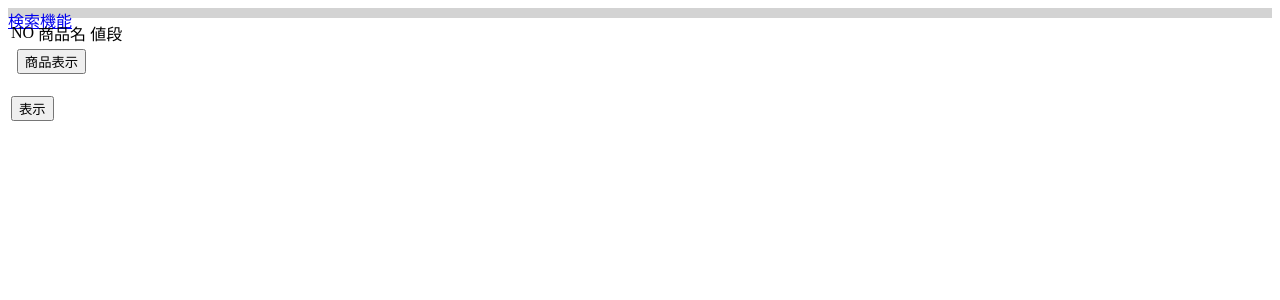
Repository: kousuke-2047/test
Page: http://localhost/Item/item.jsp
An editor plug-in stored every save of this project. The page is shown before and after the next save, followed by the edit.
The browser window is 1280 px wide. The pictures show the whole page.
The page is served by Tomcat 9. Other server files are loaded and not shown.

Above is the page before, as saved 2018-06-14 04:59:31.

### Item/WebContent/item.jsp
<%@ page language="java" contentType="text/html; charset=UTF-8"
    pageEncoding="UTF-8"%>
<%@ taglib prefix ="s" uri="/struts-tags" %>

<!DOCTYPE html PUBLIC>
<html>
<head>
	<meta http-equiv="Content-Type" content="text/html; charset=UTF-8">
	<meta http-equiv="Content-Style-Type" content="text/css"/>
	<meta http-equiv="Content-Script-Type" content= "text/javascript" />
	<meta http-equiv="imagetoolbar" content= "no" />
	<meta name = "description" content="" />
	<meta name="keywords" content="" />
<title>Item一覧画面</title>
<style type = "text/css">

header{
	background-color:lightgray;
	height:10px;
	width:100%;
	}


</style>
</head>
<body>

	<header>
		<a href ='<s:url action ="GosearchAction"/>'>検索機能</a>
	</header>

	<s:form action="ItemshowAction">
	<table>
		<tr>
			<td>NO</td>
			<td>商品名</td>
			<td>値段</td>
		</tr>

		<s:iterator value = "itemList">
		<tr>
			<td><input type ="radio" name="itemid" value="<s:property value='id'/>"/>
			<s:property value = "id"/></td>
			<td><s:property value = "itemName"/></td>
			<td><s:property value = "itemPrice"/></td>
		</tr>
		</s:iterator>
		<s:submit value ="商品表示"/>
	</table>
	</s:form>

	<s:iterator value="countList">

		<a href ='<s:url action ="ItemAction"/>'>
		<s:property value ="page"/>
		<input type="hidden" name="number" value="<s:property value='page'/>"/>
		</a>
		:
	</s:iterator>


	<s:form action ="ItemAction">
	<s:iterator value="countList">
		<table>
			<tr>
				<td><input type ="radio" name="number" value="<s:property value='page'/>"/></td>
				<td><s:property value="page"/></td>
			</tr>
		</table>


	</s:iterator>
	<s:submit value="表示"/>
	</s:form>










</body>
</html>

After the next save:
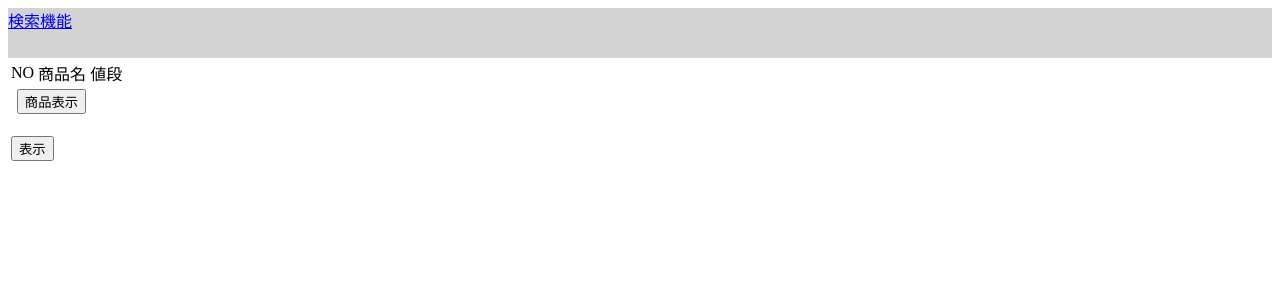
Saved 52 s later.
--- a/Item/WebContent/item.jsp
+++ b/Item/WebContent/item.jsp
@@ -16,7 +16,7 @@
 
 header{
 	background-color:lightgray;
-	height:10px;
+	height:50px;
 	width:100%;
 	}
 
